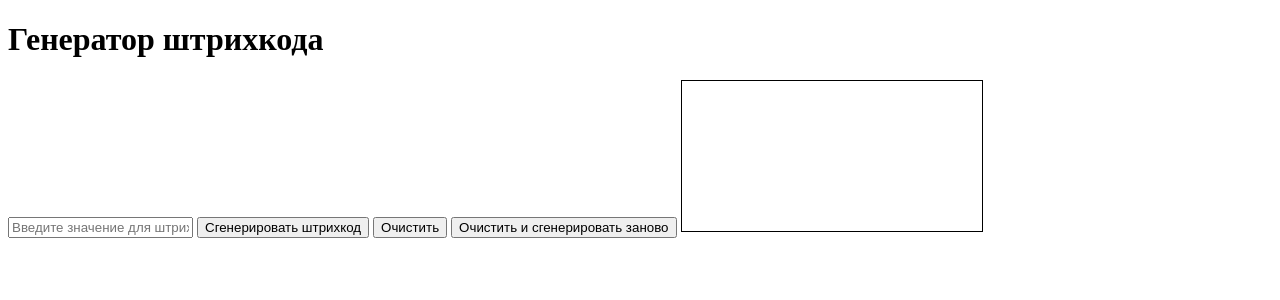
Repository: PavelBokun/barCode
Page: barcode2.html
The author's editor kept a copy of each file at every save. The page is drawn from the files as they stood at one save, then again after a run of saves.
The browser window is 1280 px wide. The pictures show the whole page.

Above is the page before, as saved 2024-09-04 21:56:45.

### barcode2.html
<!DOCTYPE html>
<html lang="en">
<head>
<meta charset="UTF-8">
<meta name="viewport" content="width=device-width, initial-scale=1.0">
<title>Генератор штрихкода</title>
<!-- Подключаем библиотеку JsBarcode -->
<script src="https://cdn.jsdelivr.net/npm/jsbarcode@3.11.0/dist/JsBarcode.all.min.js"></script>
</head>
<body>
<h1>Генератор штрихкода</h1>
<input type="text" id="barcodeValue" placeholder="Введите значение для штрихкода">
<button onclick="generateBarcode()">Сгенерировать штрихкод</button>
<button onclick="clearBarcode()">Очистить</button>
<button onclick="clearAndRegenerateBarcode()">Очистить и сгенерировать заново</button>

<canvas id="barcode" style="border: 1px solid black;"></canvas>

<script>
function generateBarcode() {
    var barcodeValue = document.getElementById('barcodeValue').value;

    // Проверяем, что значение введено
    if (barcodeValue) {
        // Генерируем штрихкод
        JsBarcode("#barcode", barcodeValue, {
            format: "ean13",
            displayValue: true,
            fontSize: 14,
            width: 2,
            height: 50
        });
        console.log(JsBarcode)
    } else {
        alert("Пожалуйста, введите значение для штрихкода.");
    }
}

function clearBarcode() {
   document.getElementById('barcodeValue').value=""


        };


</script>
</body>
</html>

After the next 2 saves:
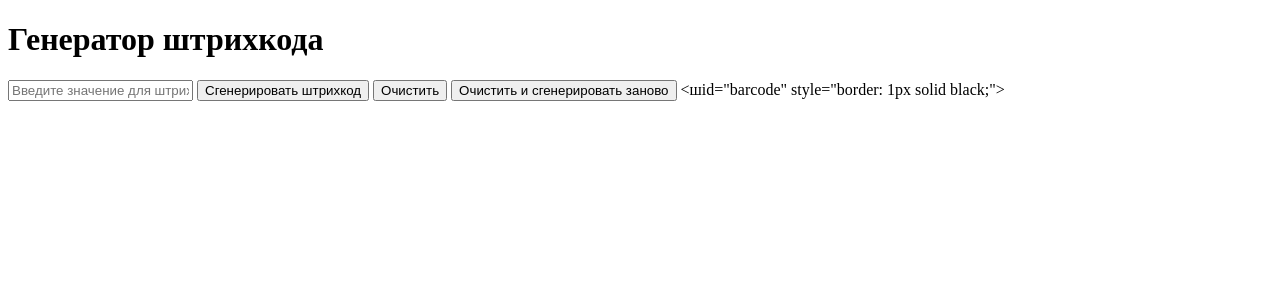
The 2 saves are shown as one change because they came seconds apart.
The last was saved 3 min 33 s later.
--- a/barcode2.html
+++ b/barcode2.html
@@ -14,7 +14,7 @@
 <button onclick="clearBarcode()">Очистить</button>
 <button onclick="clearAndRegenerateBarcode()">Очистить и сгенерировать заново</button>
 
-<canvas id="barcode" style="border: 1px solid black;"></canvas>
+<шid="barcode" style="border: 1px solid black;"></canvas>
 
 <script>
 function generateBarcode() {
